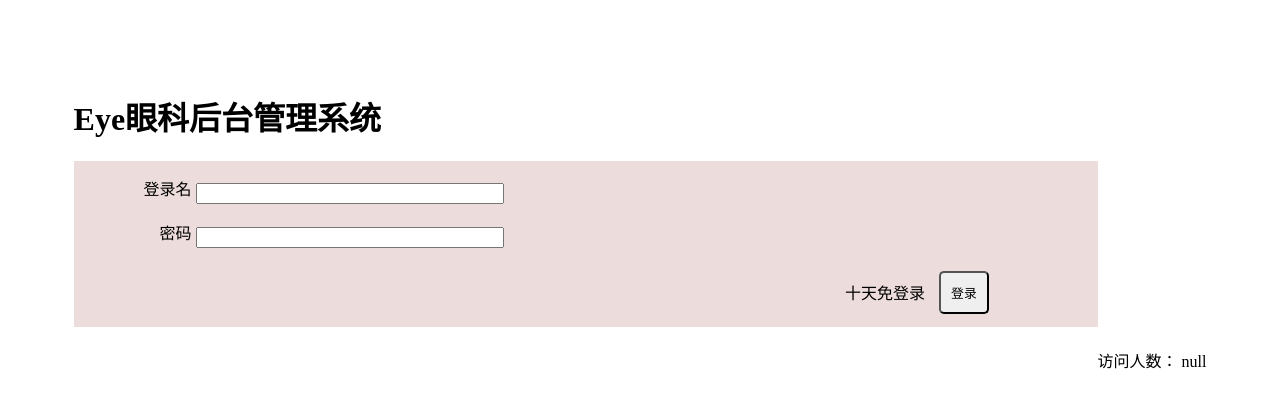
Repository: weishuangshuang/java
Page: http://localhost/eye025/
An editor plug-in stored every save of this project. The page is shown before and after the next save, followed by the edit.
The browser window is 1280 px wide. The pictures show the whole page.
The page is served by Tomcat 9. Nobody is signed in. The application's start-up code is not run.

Above is the page before, as saved 2019-01-02 07:37:19.

After the next save:
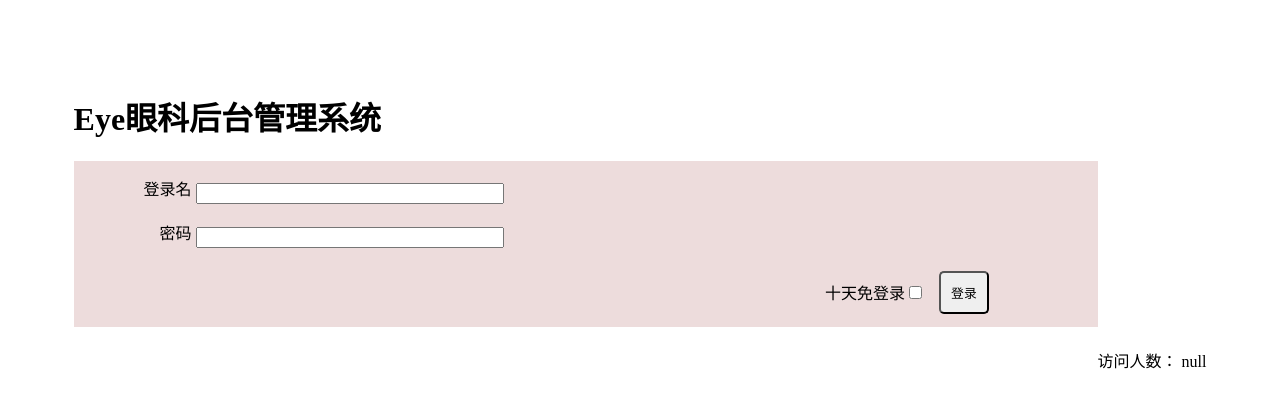
Saved 78 s later.
--- a/java/eye025/WebContent/index.jsp
+++ b/java/eye025/WebContent/index.jsp
@@ -100,7 +100,7 @@ function login(f){
 				<td id="passwordMsg"></td>
 			</tr>
 			<tr>
-				<td colspan="3">十天免登录</input type="checkbox" name="autologin"></td>
+				<td colspan="3">十天免登录<input type="checkbox" name="autologin"/></td>
 				<td >
 
 <%
